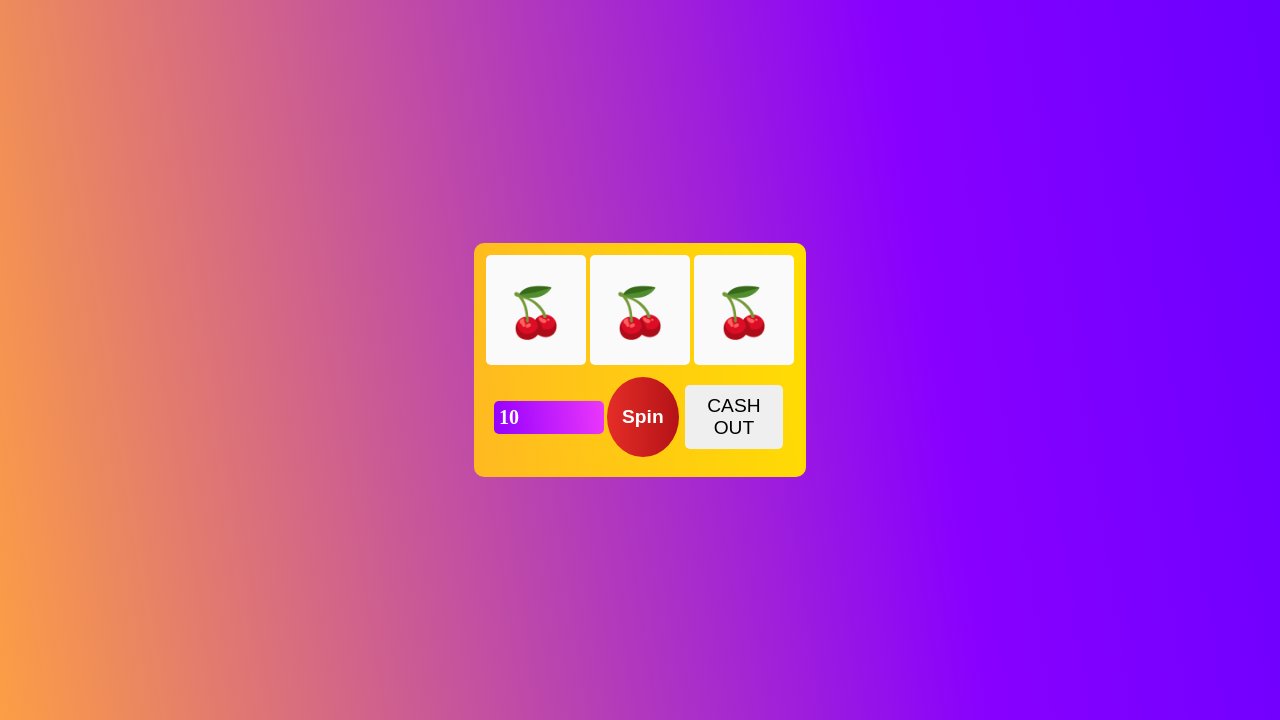
Repository: HERBOD7/slotmachine
Page: /
The author's editor kept a copy of each file at every save. The page is drawn from the files as they stood at one save, then again after the next save.
The browser window is 1280 px wide. The pictures show the whole page.
The project was rebuilt for these pictures with package versions that can differ from the ones it lists, and the page was loaded fresh each time. Also part of the build but not shown: vue.config.js.

Above is the page before, as saved 2023-07-23 23:54:35.

After the next save:
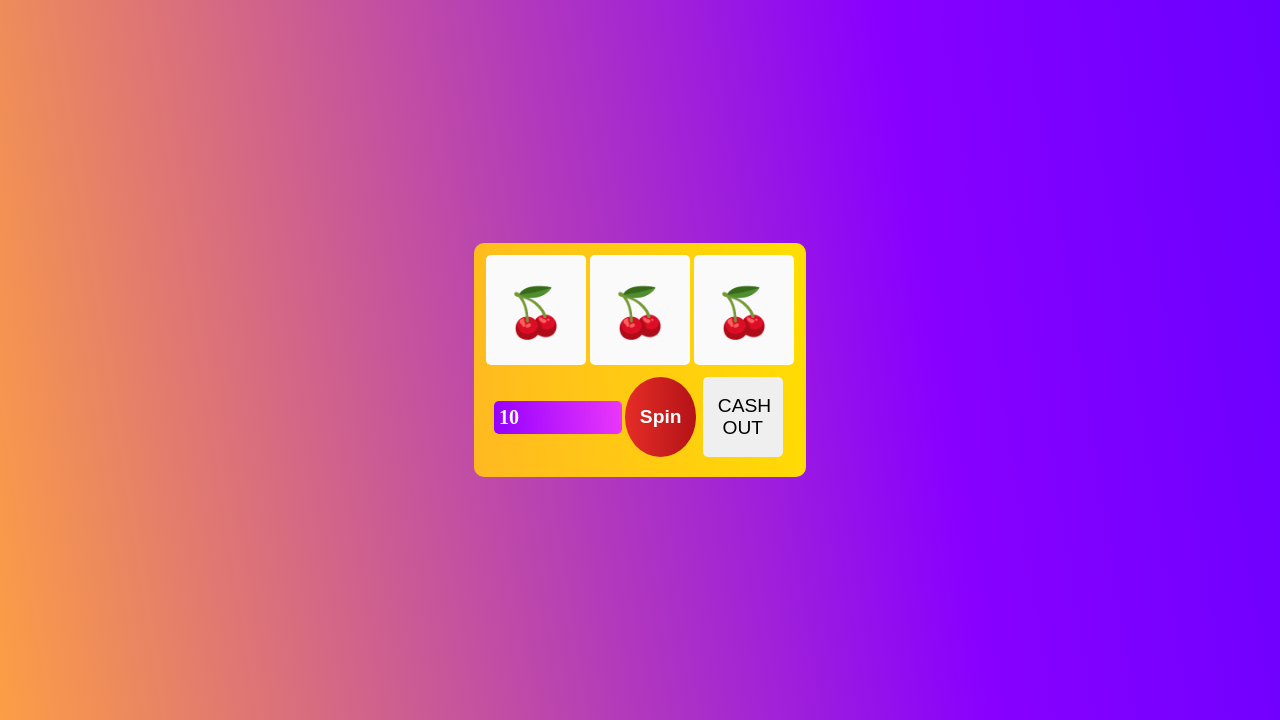
Saved 37 s later.
--- a/src/App.vue
+++ b/src/App.vue
@@ -22,7 +22,7 @@
         </button>
         <button
           :disabled="isShuffling || credits === 0"
-          :class="{ unclickable: unclickable }"
+          :class="[{ unclickable: unclickable }, 'cashOut']"
           @mouseover="handleCashOutHover"
         >
           CASH OUT
